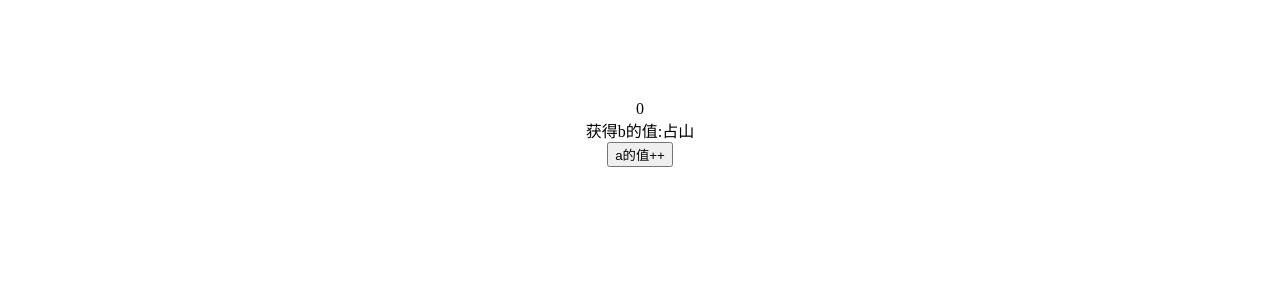
Repository: STDSuperman/my-vuex
Page: /
An editor plug-in stored every save of this project. The page is shown before and after the next save, followed by the edit.
The browser window is 1280 px wide. The pictures show the whole page.
The project was rebuilt for these pictures with package versions that can differ from the ones it lists, and the page was loaded fresh each time.

Above is the page before, as saved 2019-07-28 15:03:19.

After the next save:
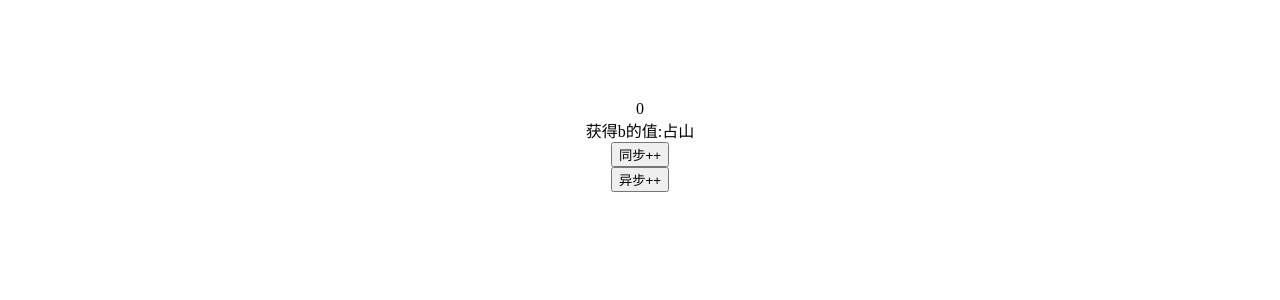
Saved 41 s later.
--- a/src/App.vue
+++ b/src/App.vue
@@ -4,7 +4,9 @@
     <br />
     <span>获得b的值:{{$store.getters.getB}}</span>
     <br />
-    <button @click="incrementSync">a的值++</button>
+    <button @click="incrementSync">同步++</button>
+    <br />
+    <button @click="decrementAsync">异步++</button>
   </div>
 </template>
 
